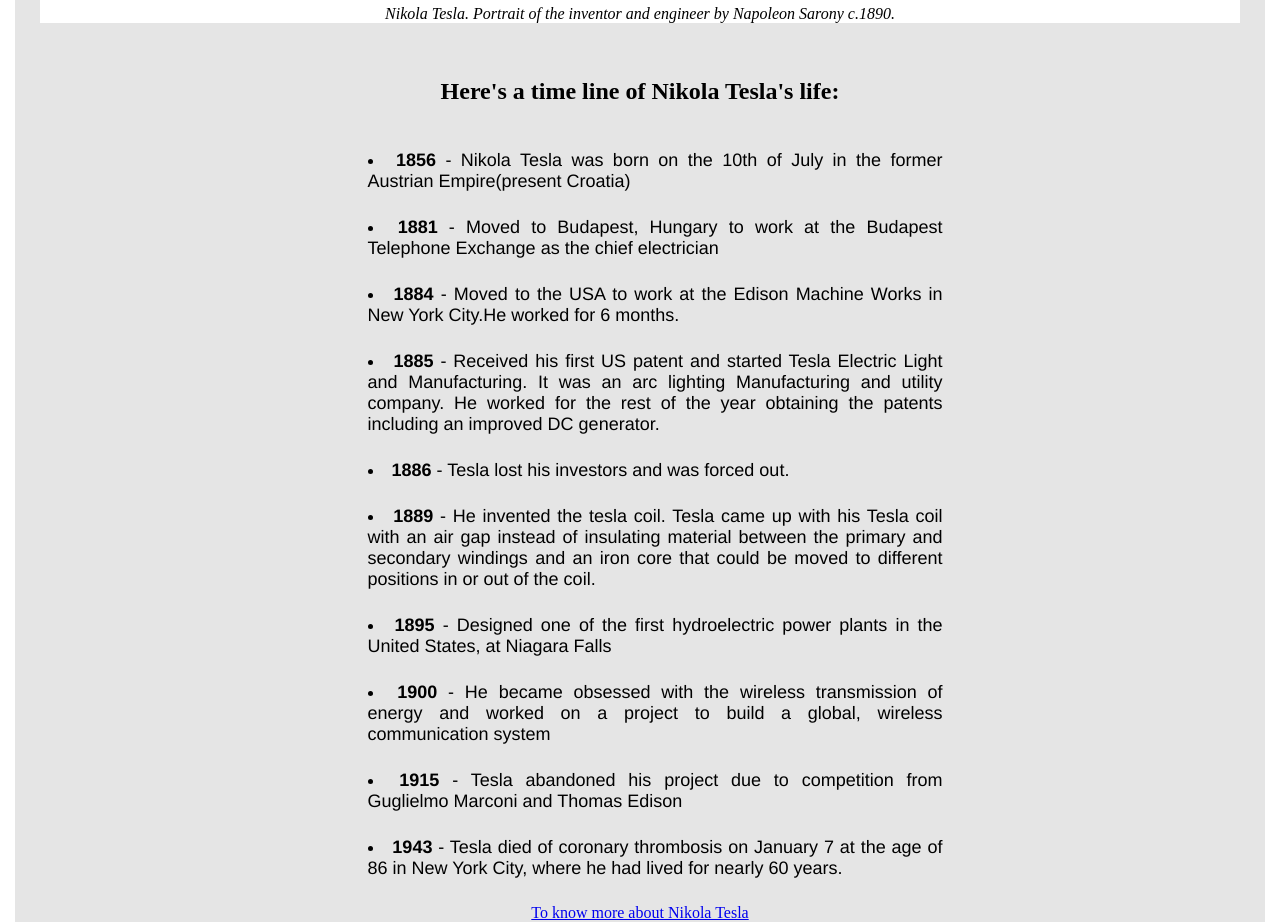
Repository: Avishka217/Tribute-Page
Page: index.html
The author's editor kept a copy of each file at every save. The page is drawn from the files as they stood at one save, then again after a run of saves.
The browser window is 1280 px wide. The pictures show the part of the page from y = 576 to 1498 px (the page is 1498 px tall).
A picture or video elsewhere on the page could not be fetched, so the positions and the page height are approximate.

Above is the page before, as saved 2020-03-18 20:00:17.

After the next 2 saves:
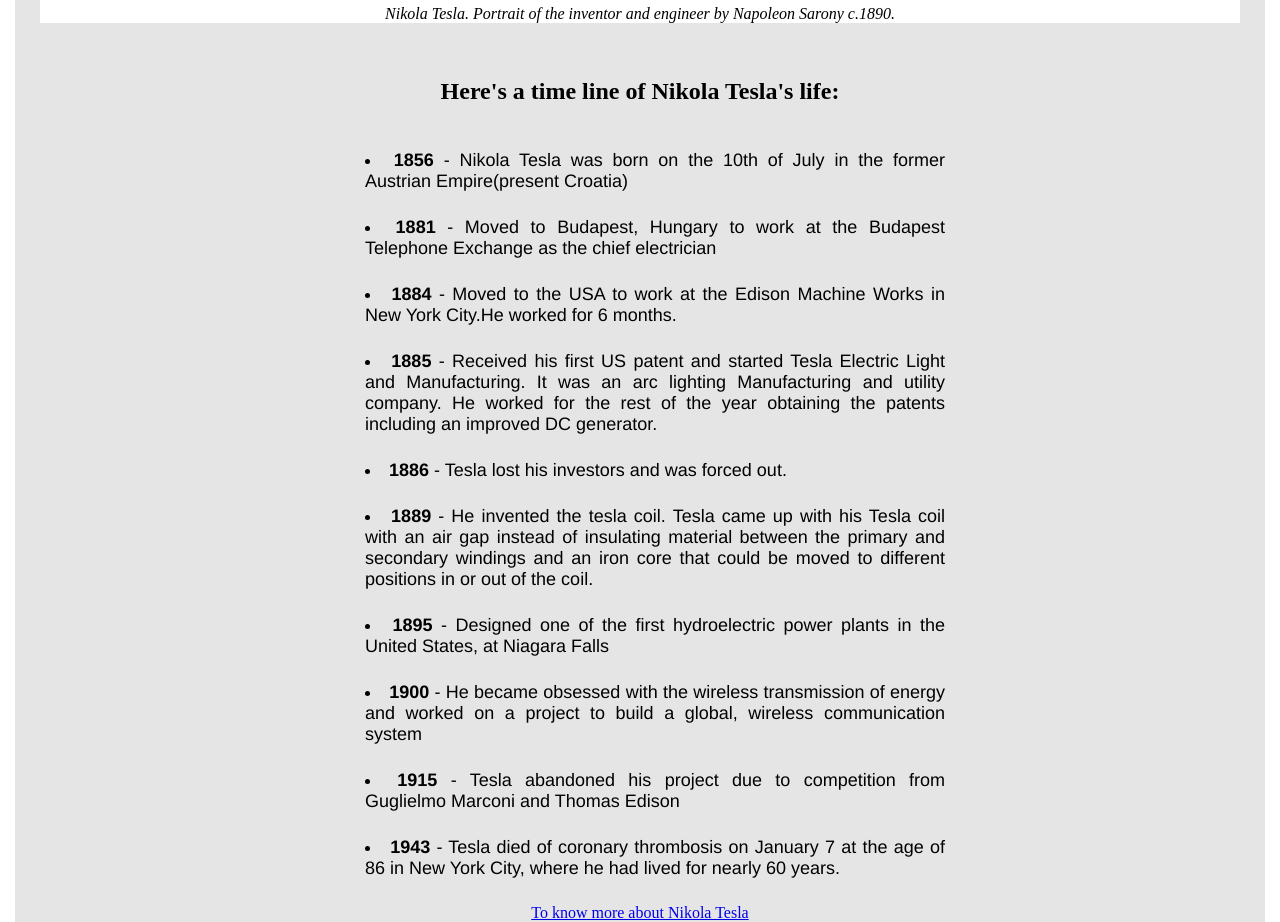
The 2 saves are shown as one change because they came seconds apart.
The last was saved 9 s later.
--- a/styles.css
+++ b/styles.css
@@ -88,7 +88,7 @@
   display: block;
   padding-top: 25px;
   padding-right: 10px;;
-  width:575px;
+  width:580px;
   margin: auto;
   text-align: justify;
 
